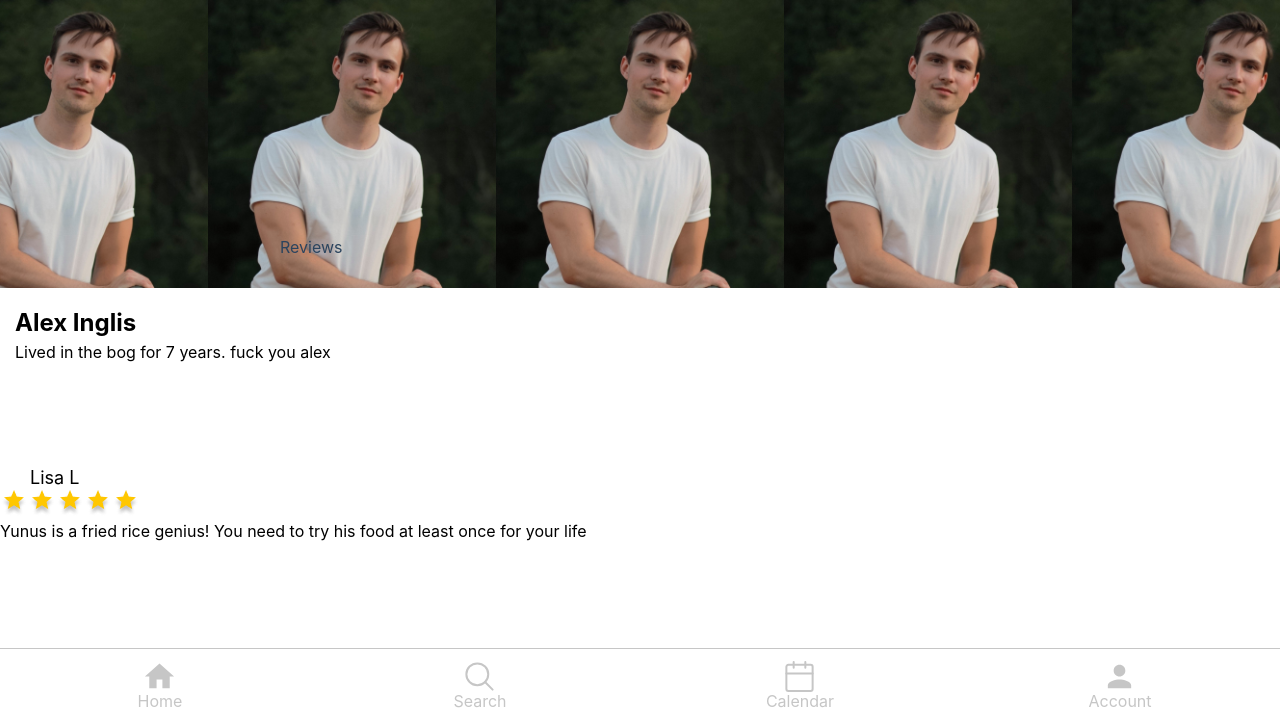
Repository: nguyenlejoe/HomeChef
Page: /MyAccountGourmet (app in app/)
An editor plug-in stored every save of this project. The page is shown before and after a run of saves, followed by the edit.
The browser window is 1280 px wide. The pictures show the whole page.
The project was rebuilt for these pictures with package versions that can differ from the ones it lists, and the page was loaded fresh each time. Also part of the build but not shown: app/src/comps/MainButton/index.js, app/src/comps/ActivityPost/index.js.

Above is the page before, as saved 2020-11-07 12:28:55.

### app/src/App.js
import React from 'react';
//import logo from './logo.svg';
//import './App.css';
import Pages from './pages/ChefReview';

function App() {
  return (
    <Pages />
  );
}

export default App;

### app/src/pages/ChefReview.js
import React from 'react';
import './ChefReview.scss'
import NavBarGourmet from '../comps/NavBarGourmet';
import Avatar from '../comps/Avatar';
import RatingContainer from '../comps/ActivityPost';


export default function Home() {
  return<div className="app">
        <div className="CoverImage"></div>
        <div className="ChefDesc">
            <h2>Alex Inglis</h2>
            <p>Lived in the bog for 7 years. fuck you alex</p>
        </div>
        <div className="AvatarBox">
                <Avatar></Avatar>
                <a>Reviews</a>
        </div>
        <div className="ReviewList">
            <div className="ReviewCont">
                <div className="ReviewProfile"><Avatar width="20px"></Avatar><a>Lisa L</a></div>
                <div className="rating">
                    <div className="stars"><img src='/star.png' /></div>
                    <div className="stars"><img src='/star.png' /></div>
                    <div className="stars"><img src='/star.png' /></div>
                    <div className="stars"><img src='/star.png' /></div>
                    <div className="stars"><img src='/star.png' /></div>
                </div>
                <div>Yunus is a fried rice genius! You need to try his food at least once for your life</div>
            </div>
        </div>

        <div className="Nav">
          <NavBarGourmet
          bgimg = "/Search.png"
          title = "Search"
          btnState = {true}
          orderActive = {true}
          ></NavBarGourmet>
        </div>


    </div>

}

### app/src/pages/ChefReview.scss
.app{
    width: 100vw;
    height:100vh;
    overflow-x: hidden;
}

.CoverImage{
    height: 40%;
    background-image: url("/alex.jpg");
    background-position: center;
    background-size: contain;
}

.ChefDesc{
    height:20%;
    width: 65%;
    margin: 15px;
    p{
        margin-top: -15px;
    }
}


.AvatarBox{
    height:0px;
    position: relative;
    z-index: 1;
    top: -230px;
    left: 270px;
    a{
        margin-left:10px;
        color: #2B445E;
    }
}


.ReviewProfile{
    display: flex;

    a{
        margin-left: 30px;
        font-size: 18px;
    }
}

.ProfileAvatar{
    width:20px;
    height: 20px;
}


.rating{
    display: flex;
}



.Nav{
    height: 10%;
    width: 100%;
    position: fixed;
    bottom: 0;
}

### app/src/comps/NavBarGourmet/index.js
import React, {useState} from 'react';
import styled, {css} from 'styled-components';
import Button from '../MainButton';

const NavContainer = styled.div`
display:flex;
height:100%;
width:100%;
background-color:#FFFFFF;
`;

const NavBox = styled.div`
justify-content:space-around;
display:flex;
align-items:center;
position:relative;
width:100%;
height:100%;
border-top: 1px solid #C6C6C6;


`;

const NavButton = styled.div`
    display:flex;
    align-items:center;
    flex-direction:column;
    margin:2px;
    width:15%;
    height:80%;
    text-align:center;

`;

const NavIcon = styled.div`
    margin-top:3px;
    margin-right:2px;
    width:55%;
    height:55%;
    background-size:contain;
    background-repeat: no-repeat;


`;

const NavLabel = styled.div`
    height:20px;
    width:100%;
    color:${props => props.ButtonActive};

`;






const NavBar = ({active, onClickHome, onClickSearch, onClickCalendar, onClickAccount}) => {

const [ButtonActiveVal,SetActive] = useState(active);

    return <NavContainer>
        <NavBox>

            <NavButton onClick={onClickHome}
            ButtonActive = {ButtonActiveVal === 1 ? "#24B574" : "#C6C6C6"}
            >
            <NavIcon>
                <svg width="35" height="35" viewBox="0 0 35 35" fill="none" xmlns="http://www.w3.org/2000/svg">
                    <path d="M14.5834 29.1667V20.4167H20.4167V29.1667H27.7084V17.5H32.0834L17.5001 4.375L2.91675 17.5H7.29175V29.1667H14.5834Z" fill={ButtonActiveVal === 1 ? "#24B574" : "#C6C6C6"}/>
                </svg>
            </NavIcon>
                <NavLabel ButtonActive={ButtonActiveVal === 1 ? "#24B574" : "#C6C6C6"}>Home</NavLabel>
            </NavButton>

            <NavButton
            onClick={onClickSearch}
            // onClick={()=>{
            //     SetActive(active);
            // }}
            ButtonActive = {ButtonActiveVal === 2 ? "#24B574" : "#C6C6C6"}
            >
                <NavIcon>
                    <svg width="35" height="35" viewBox="0 0 35 35" fill="none" xmlns="http://www.w3.org/2000/svg">
                        <path fill-rule="evenodd" clip-rule="evenodd" d="M15.3125 26.25C21.3531 26.25 26.25 21.3531 26.25 15.3125C26.25 9.27189 21.3531 4.375 15.3125 4.375C9.27189 4.375 4.375 9.27189 4.375 15.3125C4.375 21.3531 9.27189 26.25 15.3125 26.25Z" stroke={ButtonActiveVal === 2 ? "#24B574" : "#C6C6C6"} stroke-width="2" stroke-linecap="round" stroke-linejoin="round"/>
                        <path d="M30.625 30.625L23.0416 23.0417" stroke={ButtonActiveVal === 2 ? "#24B574" : "#C6C6C6"}stroke-width="2" stroke-linecap="round" stroke-linejoin="round"/>
                    </svg>
                </NavIcon>
                <NavLabel ButtonActive={ButtonActiveVal === 2 ? "#24B574" : "#C6C6C6"} >Search</NavLabel>
            </NavButton>

            <NavButton
            onClick={onClickCalendar}
            // onClick={()=>{
            //     SetActive(active);
            // }}
            ButtonActive = {ButtonActiveVal === 3 ? "#24B574" : "#C6C6C6"}
            >
                <NavIcon>
                    <svg width="35" height="35" viewBox="0 0 35 35" fill="none" xmlns="http://www.w3.org/2000/svg">
                        <path fill-rule="evenodd" clip-rule="evenodd" d="M4.375 7.83325C4.375 6.72868 5.27043 5.83325 6.375 5.83325H28.625C29.7296 5.83325 30.625 6.72868 30.625 7.83325V30.0833C30.625 31.1878 29.7296 32.0833 28.625 32.0833H6.375C5.27043 32.0833 4.375 31.1878 4.375 30.0833V7.83325Z" stroke={ButtonActiveVal === 3 ? "#24B574" : "#C6C6C6"} stroke-width="2" stroke-linecap="round" stroke-linejoin="round"/>
                        <path d="M23.3333 2.91675V8.75008" stroke={ButtonActiveVal === 3 ? "#24B574" : "#C6C6C6"} stroke-width="2" stroke-linecap="round" stroke-linejoin="round"/>
                        <path d="M11.6667 2.91675V8.75008" stroke={ButtonActiveVal === 3 ? "#24B574" : "#C6C6C6"} stroke-width="2" stroke-linecap="round" stroke-linejoin="round"/>
                        <path d="M4.375 14.5833H30.625" stroke={ButtonActiveVal === 3 ? "#24B574" : "#C6C6C6"} stroke-width="2" stroke-linecap="round" stroke-linejoin="round"/>
                    </svg>
                </NavIcon>
                <NavLabel ButtonActive={ButtonActiveVal === 3 ? "#24B574" : "#C6C6C6"}>Calendar</NavLabel>
            </NavButton>


            <NavButton
            onClick={onClickAccount}
            // onClick={()=>{
            //     SetActive(active);
            // }}
            ButtonActive = {ButtonActiveVal === 4 ? "#24B574" : "#C6C6C6"}
            >
                <NavIcon>
                    <svg width="35" height="35" viewBox="0 0 35 35" fill="none" xmlns="http://www.w3.org/2000/svg">
                        <path d="M17.4999 17.4999C20.7228 17.4999 23.3332 14.8895 23.3332 11.6666C23.3332 8.44367 20.7228 5.83325 17.4999 5.83325C14.277 5.83325 11.6666 8.44367 11.6666 11.6666C11.6666 14.8895 14.277 17.4999 17.4999 17.4999ZM17.4999 20.4166C13.6062 20.4166 5.83325 22.3708 5.83325 26.2499V29.1666H29.1666V26.2499C29.1666 22.3708 21.3937 20.4166 17.4999 20.4166Z" fill={ButtonActiveVal === 4 ? "#24B574" : "#C6C6C6"}/>
                    </svg>
                </NavIcon>
                <NavLabel ButtonActive={ButtonActiveVal === 4 ? "#24B574" : "#C6C6C6"}>Account</NavLabel>
            </NavButton>
        </NavBox>
    </NavContainer>

}

NavBar.defaultProps = {
    title: "label",
    bgimg: "/Home.png",
    orderNum: "0",
    ButtonActive:"black"

}

export default NavBar;

### app/src/comps/Avatar/index.js
import React from 'react';
import styled from 'styled-components';

const AvatarContainer = styled.div`

`;

const AvatarImg = styled.div`
min-width:100%;
min-height:100%;
background-image:url(${props=>props.bgimg ? props.bgimg : "none"});
background-size:cover;
border-radius:100px;

`;

const Avatar = ({bgimg, width, height}) =>{
    return <AvatarContainer width={width} height={height}>
        <AvatarImg bgimg={bgimg}></AvatarImg>
    </AvatarContainer>
}

Avatar.defaultProps = {
    bgimg : "./alex.jpg",
    width : "80px",
    height : "80px"
}

export default Avatar;

Loaded but not shown: app/public/index.html (common file); app/src/index.js (common file); app/src/index.css (common file); app/src/serviceWorker.js (common file)

After the next 2 saves:
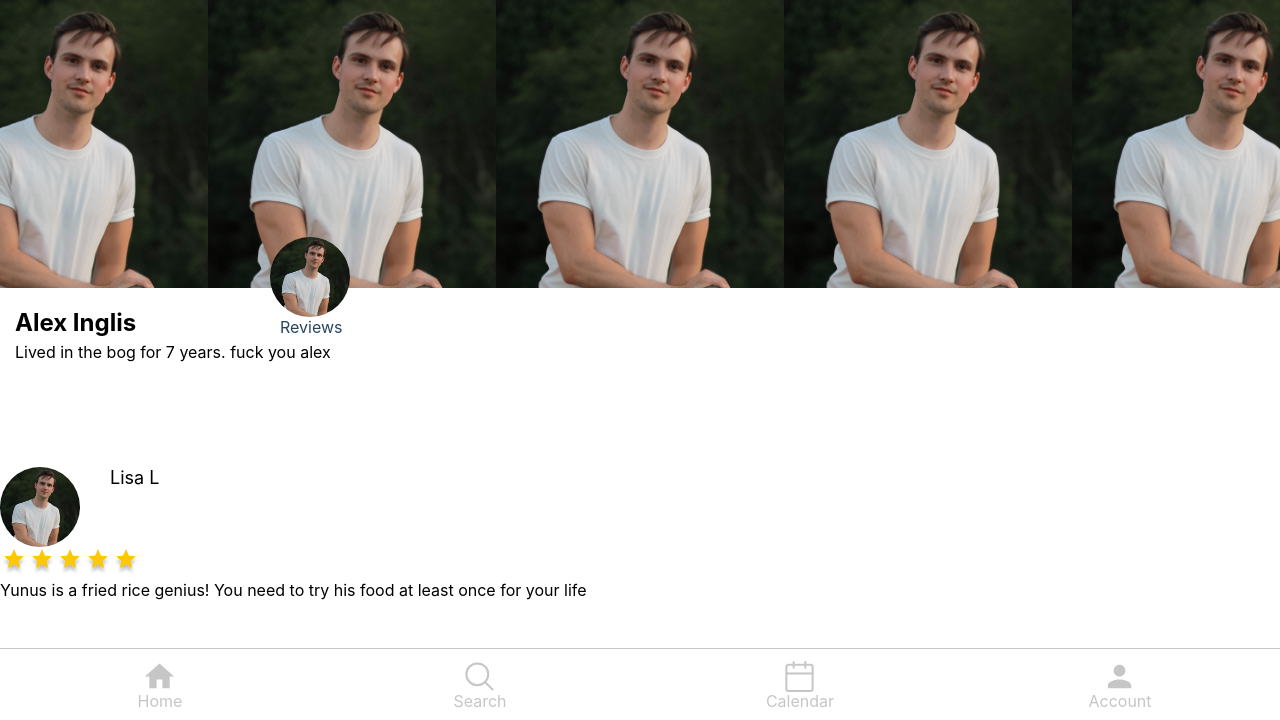
The 2 saves are shown as one change because 1 did not build or start.
The last was saved 53 s later.
--- a/app/src/comps/Avatar/index.js
+++ b/app/src/comps/Avatar/index.js
@@ -2,7 +2,8 @@ import React from 'react';
 import styled from 'styled-components';
 
 const AvatarContainer = styled.div`
-
+width:80px;
+height:80px;
 `;
 
 const AvatarImg = styled.div`
